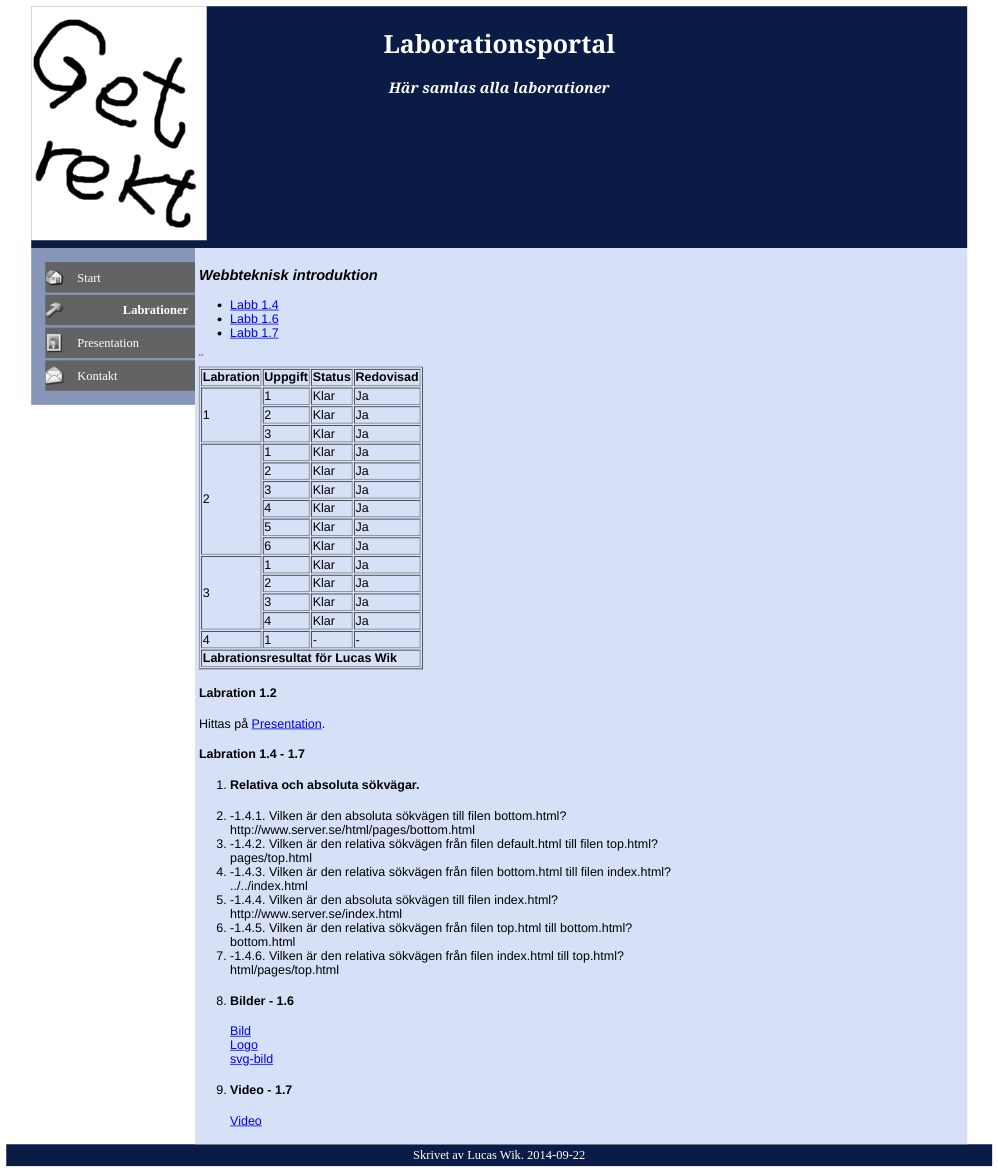
Repository: lw222gz/1ik415-laborationer
Page: Pages/labrationer.html
The author's editor kept a record of every edit. The page is drawn from the files as they stood at one moment, then again after the next edit.
The browser window is 1280 px wide. The pictures show the whole page, at 78% of full size.

Above is the page before.

After the next edit:
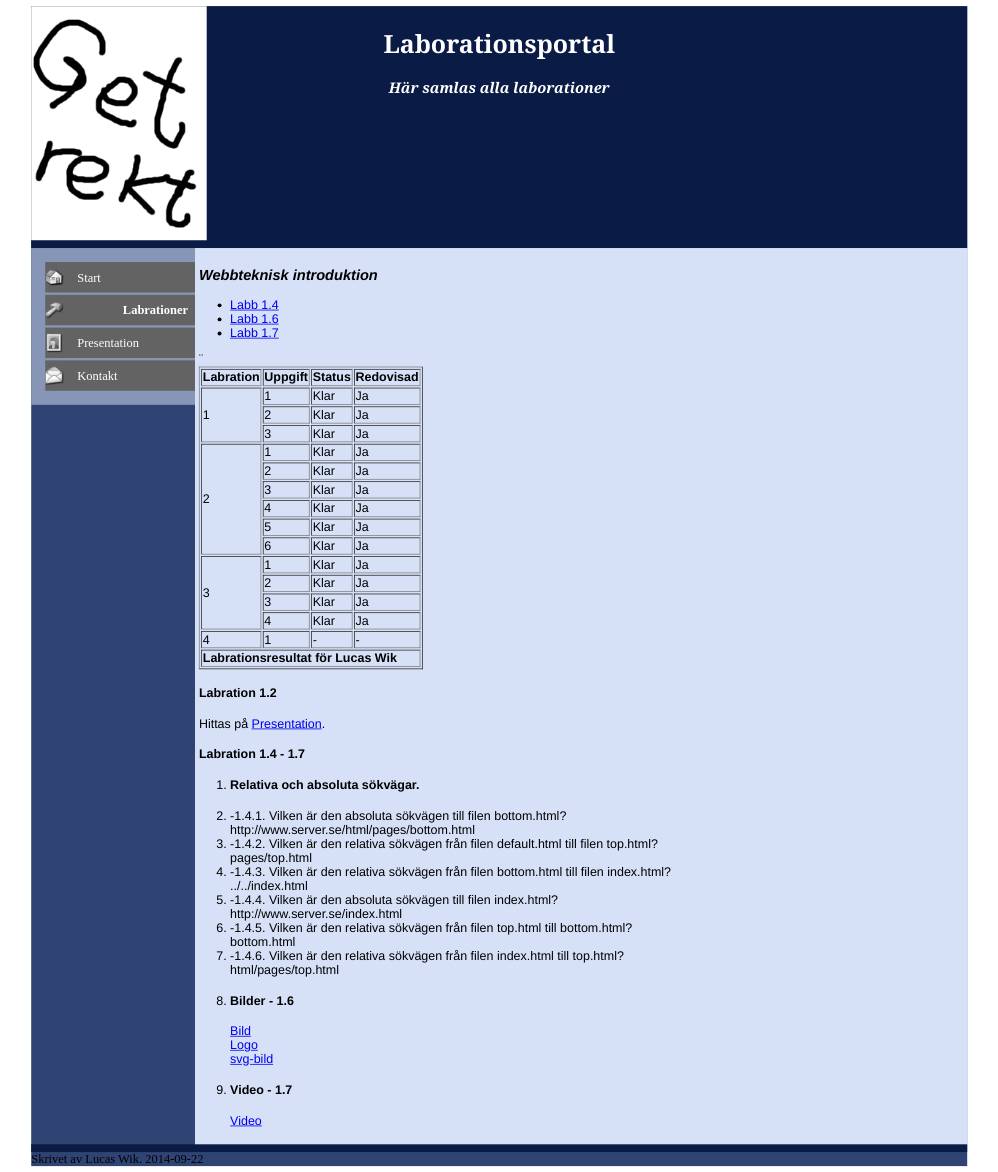
The edit:
--- a/Pages/labrationer.html
+++ b/Pages/labrationer.html
@@ -166,8 +166,11 @@
         <a href="https://1ik415-laborationer-c9-lw222gz_1.c9.io/Videos/index.html#Video">Video</a>
     </li>
 </ol>
-</div>
-<div id="footer">
+</main>
+
+<footer id="footer">
+
+</footer>
     Skrivet av Lucas Wik. 2014-09-22
 </div>
 </div>
